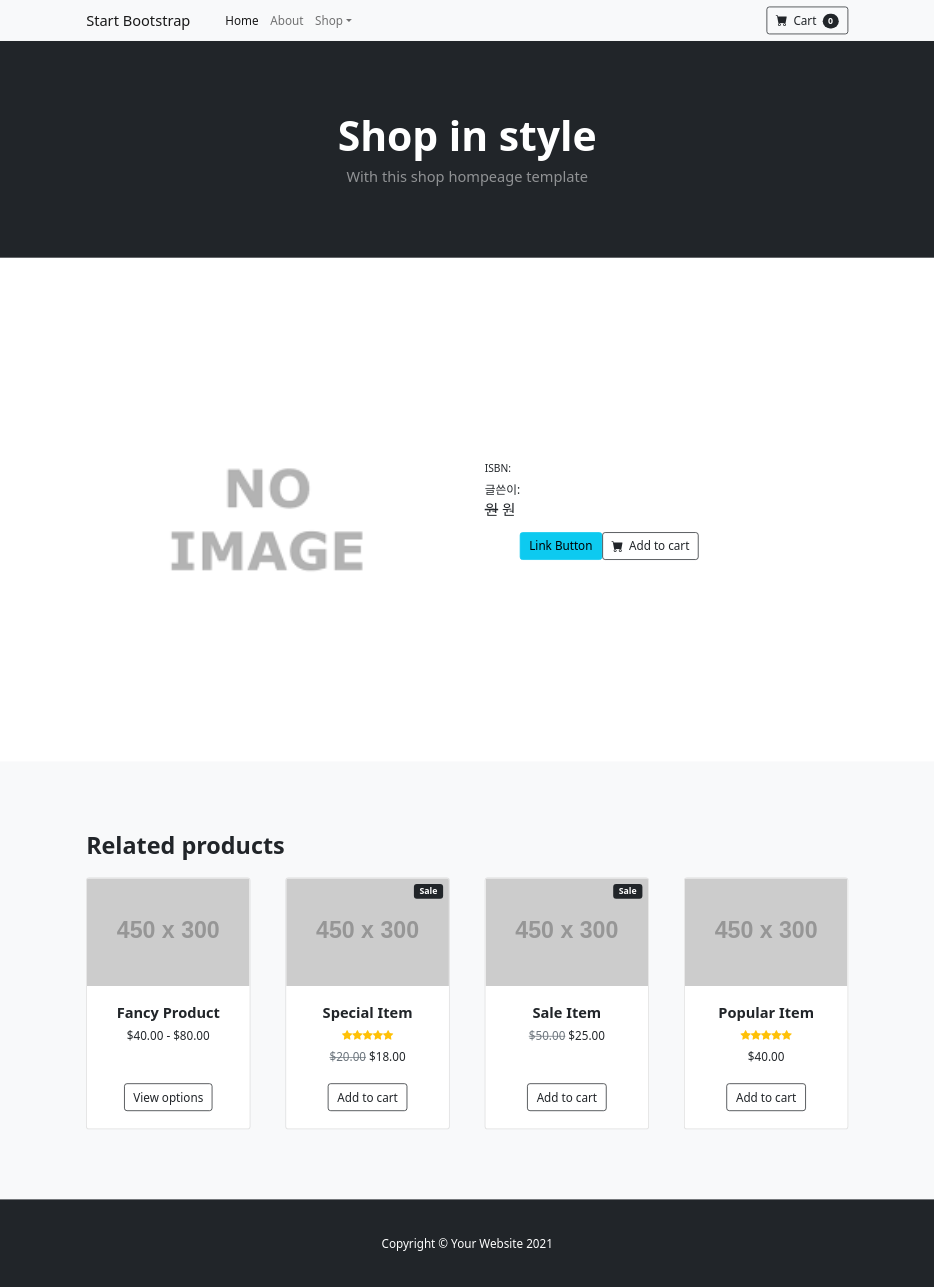
Repository: stella6767/spring-legacy-booklist
Page: http://localhost/ex00/WEB-INF/views/bookitem.jsp
The author's editor kept a copy of each file at every save. The page is drawn from the files as they stood at one save, then again after the next save.
The browser window is 1280 px wide. The pictures show the whole page, at 73% of full size.
The page is served by Tomcat 9. Nobody is signed in. The template is opened directly, without the code that normally fills it, so the values that code supplies are empty.

Above is the page before, as saved 2021-07-10 18:00:56.

After the next save:
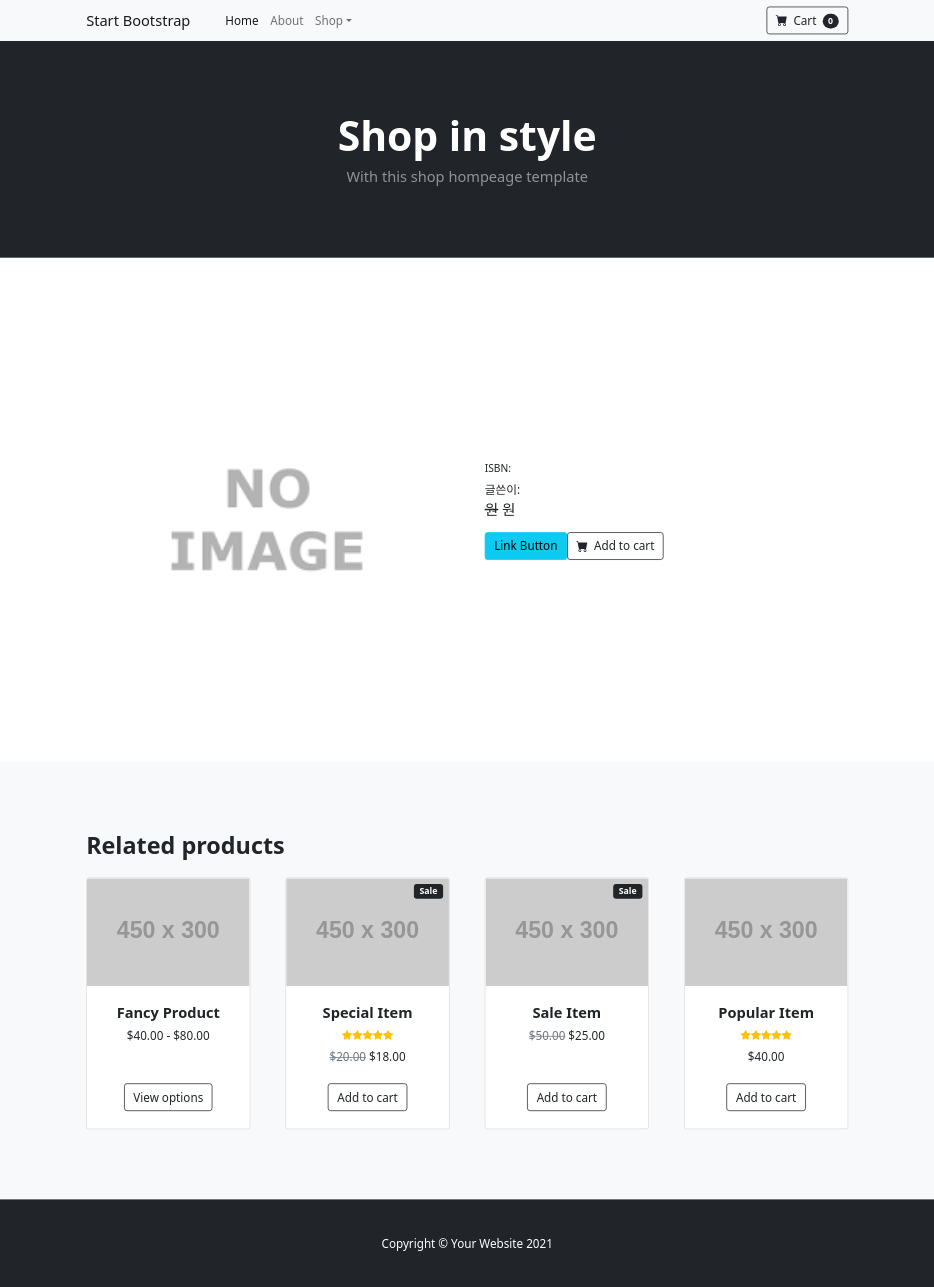
Saved 4 min 23 s later.
--- a/ex00/src/main/webapp/WEB-INF/views/bookitem.jsp
+++ b/ex00/src/main/webapp/WEB-INF/views/bookitem.jsp
@@ -30,10 +30,10 @@
 					<span class="text-decoration-line-through">${book.price }원</span> <span>${book.salePrice }원</span>
 				</div>
 				<p class="lead">${book.contents }</p>
-				<div class="d-flex px-5">
+				<div class="d-flex">
 
 					<a href="#" class="btn btn-info " role="button">Link Button</a>
-					<button class="btn btn-outline-dark flex-shrink-0" type="button">
+					<button class="btn btn-outline-dark flex-shrink-0 ml-2" type="button">
 						<i class="bi-cart-fill me-1"></i> Add to cart
 					</button>
 				</div>
